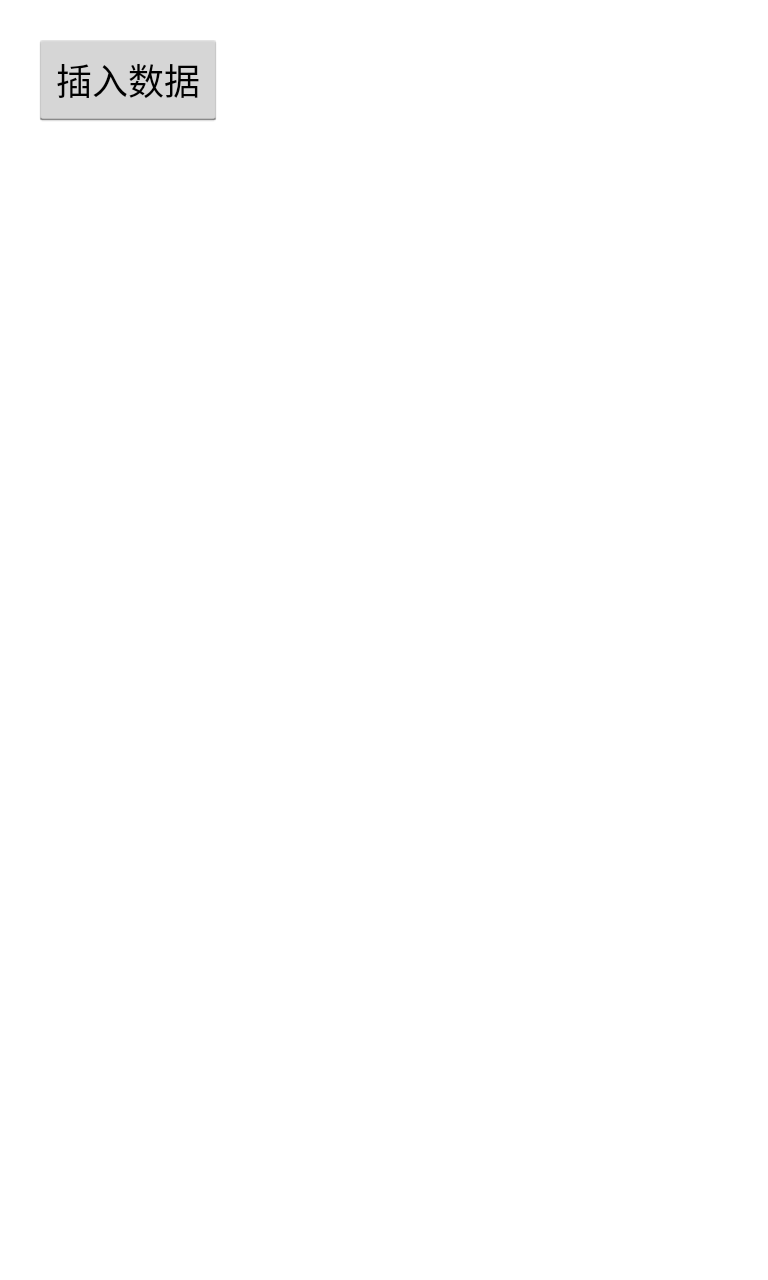
Repository: nickof/study
Layout: Android/itheima/day13_ContentProvider内容提供者/代码/Day13_01_把自己数据库暴露出来/res/layout/activity_main.xml
The author's editor kept a copy of each file at every save. The layout is drawn from the files as they stood at one save, then again after the next save.
It is drawn on a 768 x 1280 px phone screen (xhdpi) without system bars, with theme AppTheme; the app's code is not run.

Above is the layout before, as saved 2016-09-21 01:40:09.

### Android/itheima/day13_ContentProvider内容提供者/代码/Day13_01_把自己数据库暴露出来/res/layout/activity_main.xml
<RelativeLayout xmlns:android="http://schemas.android.com/apk/res/android"
    xmlns:tools="http://schemas.android.com/tools"
    android:layout_width="match_parent"
    android:layout_height="match_parent"
    android:paddingBottom="@dimen/activity_vertical_margin"
    android:paddingLeft="@dimen/activity_horizontal_margin"
    android:paddingRight="@dimen/activity_horizontal_margin"
    android:paddingTop="@dimen/activity_vertical_margin"
    tools:context=".MainActivity" >

    <Button
        android:layout_width="wrap_content"
        android:layout_height="wrap_content"
        android:onClick="insert"
        android:text="插入数据" />

</RelativeLayout>

Loaded but not shown: Android/itheima/day13_ContentProvider内容提供者/代码/Day13_01_把自己数据库暴露出来/res/values/styles.xml (common file); Android/itheima/day13_ContentProvider内容提供者/代码/Day13_01_把自己数据库暴露出来/res/values-v11/styles.xml (common file); Android/itheima/day13_ContentProvider内容提供者/代码/Day13_01_把自己数据库暴露出来/res/values-v14/styles.xml (common file); Android/itheima/day13_ContentProvider内容提供者/代码/Day13_01_把自己数据库暴露出来/res/values/dimens.xml (common file)

After the next save:
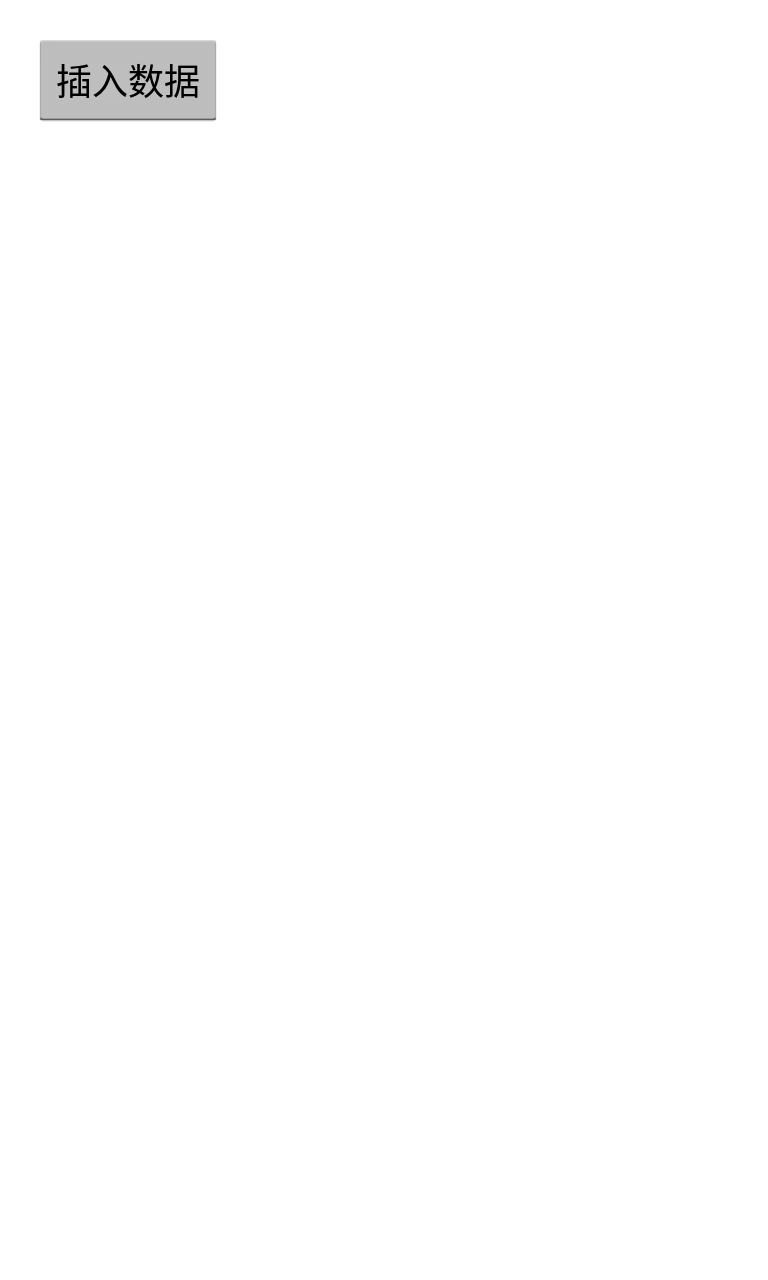
Saved 32 s later.
--- a/Android/itheima/day13_ContentProvider内容提供者/代码/Day13_01_把自己数据库暴露出来/res/layout/activity_main.xml
+++ b/Android/itheima/day13_ContentProvider内容提供者/代码/Day13_01_把自己数据库暴露出来/res/layout/activity_main.xml
@@ -9,6 +9,14 @@
     tools:context=".MainActivity" >
 
     <Button
+        android:id="@+id/btn_insert"
+        android:layout_width="wrap_content"
+        android:layout_height="wrap_content"
+        android:onClick="insert"
+        android:text="插入数据" />
+
+    <Button
+        android:layout_toRightOf=""
         android:layout_width="wrap_content"
         android:layout_height="wrap_content"
         android:onClick="insert"
